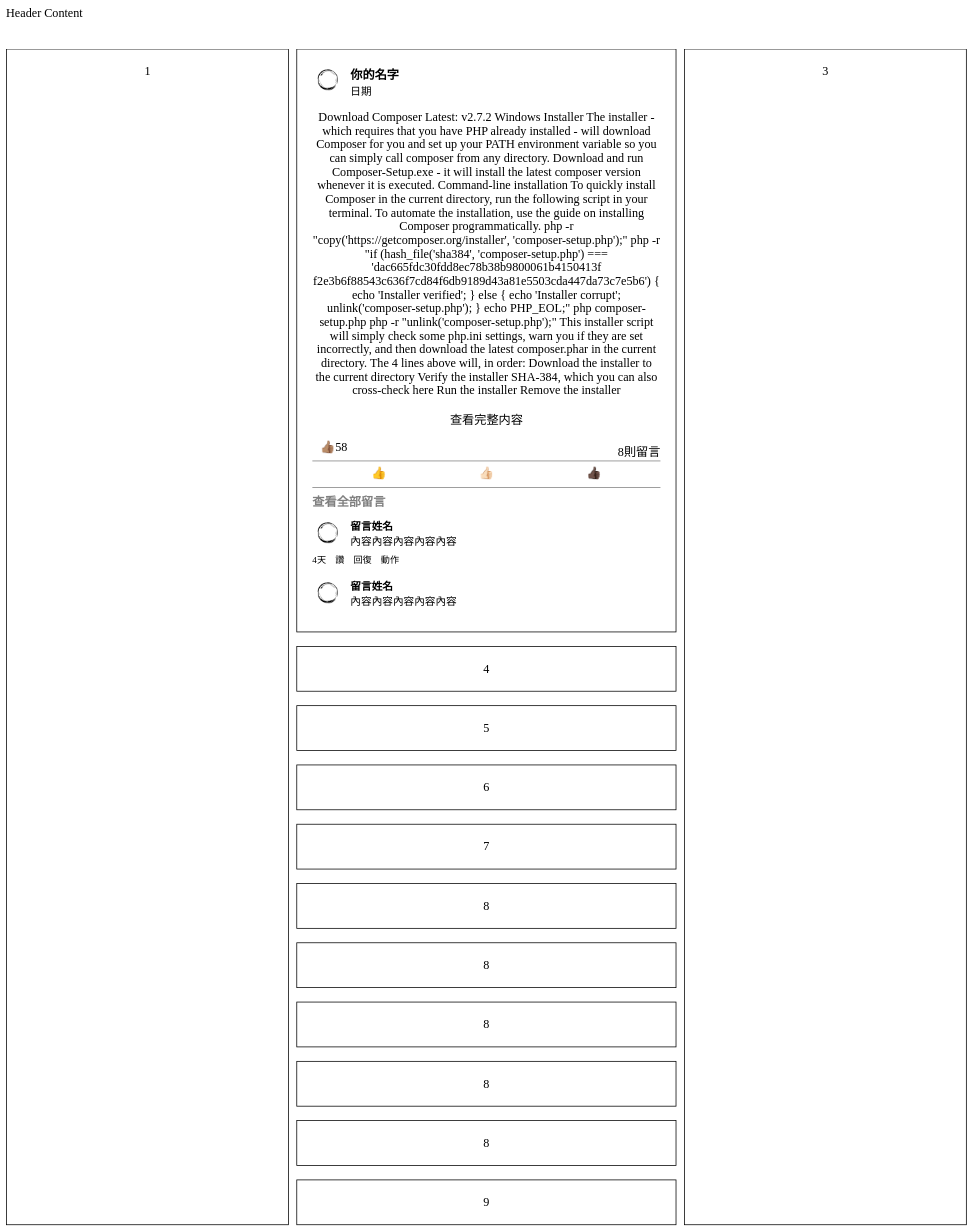
Repository: yuchiyang123/index_view
Page: http://localhost/
These files come from the project's save history. The page is drawn as it stood at one moment and after the next save; the edit follows.
The browser window is 1280 px wide. The pictures show the whole page, at 76% of full size.
The page is run by PHP 8.4 with error messages shown; the project is at /var/www/html/.

Above is the page before, as saved 2024-03-27 10:47:30.

### index.php
<style>
   .header {
    position: sticky;
    top: 0;
    z-index: 9996;
    grid-area: header;
    background-color: #ffffff;
    width: 100%;
    height: 56px;

}


.grid-container {

  display: grid;
  grid-template-columns: auto 500px auto;
  grid-template-rows:auto;
  grid-gap: 10px;
  display: grid;
  grid-template-areas:
    "A B C";

}

.grid-item {
  border: 1px solid #000;
  padding: 20px;
  text-align: center;

}
.first{
    grid-area: A;
    min-height: 800px;
}
.end{
    grid-area: C;
}
.mid{
    grid-area: B;
}
.limt{
    min-height: 350px;
}
.inner-grid {
    display: inline-grid;
    width: 30%;
    transition: background-color 0.3s;
    padding-top: 5px;
    padding-bottom: 10px;
    text-align: center;
}
.inner-grid:hover {
    background-color: rgba(128, 128, 128, 0.4);
}
.line{
    border-top: 1px solid gray;
    border-bottom: 1px solid gray;
}
.respond{

    padding-bottom: 8px;
    text-align: left;
    padding-left:10px;
}
.respond > div {
    display: inline-block;
}
.message{
    text-align: right;
}
.respond, .message {
    display: inline-block;
}
.container {
    display: flex;
    justify-content: space-between;
    align-items: center;
}

.popup {
    display: none;
    position: fixed;
    top: 50%;
    left: 50%;
    transform: translate(-50%, -50%);
    width: 500px;
    padding: 20px;
    background-color: #fff;
    z-index: 9998;

}

.trigger a {
    cursor: pointer;
}

.blur-background {
    filter: blur(0px);
}
.box{

}
.imgsize{
    width: 40px;
    height: auto;

}

.image-container {
    float: left;
    margin-right: 10px;
}

.text-container {
    overflow: hidden;
}
.user{

    text-align: left;
    font-weight: bold;

}
.date{
    font-size: 14px;
    text-align: left;
}
a{
    text-decoration: none;
    color: black;
}
.overlay {
    display: none;
    position: fixed;
    top: 0;
    left: 0;
    width: 100%;
    height: 100%;
    background-color: rgba(0, 0, 0, 0.5);
    z-index: 9997;
  }
  .SeeAllMessage{
    padding-top: 5px;
    text-align: left;
  }
  .SeeAllMessage a{
    text-align: left;
    color: gray;
    font-weight: bold;
  }
  .LeaveMessage{
    margin-top: 10px;
    padding-bottom : 5px;
  }

  .LeaveMessageall{
    border-radius: 5px;
    display: block;

  }
  .LeaveMessageUsernameIMG{
    width: 40px;
    height: auto;
    background-color:#ffffff;
    padding-bottom: 6px;

  }
  .LeaveMessageimgdiv{
    float: left;
    margin-right: 10px;
    display: block;
  }
  .LeaveMessageUsername{
    text-align: left;
    font-size: 14px;
    font-weight: bold;
  }
  .LeaveMessageMain{
    text-align: left;
    font-size: 14px;
    padding-bottom: 6px;

  }
  .LeaveMessageAction{
    font-size: 12px;
    text-align: left;
  }
</style>
<html>
<body>
<?php
    include('header.php');
?>
  <div id="box" class="box">
    <div class="grid-container">

      <div class="grid-item"><div class="first">1</div></div>

        <div class="mid">
          <div class="grid-item">
            <div class="limt">
            <div class="image-container">
                <img src="img/2-1.png" class="imgsize">
                        </div>
                <div class="text-container">
                    <div class="user"><a href="#"><div><a href="#">你的名字</a></div></a></div>
                    <div class="date"><div><a href="#">日期</a></div></div>
                </div>
                <div class="clearfix"></div>
                <p class="main">
                Download Composer Latest: v2.7.2
                    Windows Installer
                    The installer - which requires that you have PHP already installed - will download Composer for you and set up your PATH environment variable so you can simply call composer from any directory.

                    Download and run Composer-Setup.exe - it will install the latest composer version whenever it is executed.

                    Command-line installation
                    To quickly install Composer in the current directory, run the following script in your terminal. To automate the installation, use the guide on installing Composer programmatically.

                    php -r "copy('https://getcomposer.org/installer', 'composer-setup.php');"
                    php -r "if (hash_file('sha384', 'composer-setup.php') === 'dac665fdc30fdd8ec78b38b9800061b4150413f
                    f2e3b6f88543c636f7cd84f6db9189d43a81e5503cda447da73c7e5b6') { echo 'Installer verified'; } else { echo 'Installer corrupt'; unlink('composer-setup.php'); } echo PHP_EOL;"
                    php composer-setup.php
                    php -r "unlink('composer-setup.php');"
                    This installer script will simply check some php.ini settings, warn you if they are set incorrectly, and then download the latest composer.phar in the current directory. The 4 lines above will, in order:

                    Download the installer to the current directory
                    Verify the installer SHA-384, which you can also cross-check here
                    Run the installer
                    Remove the installer<div class="trigger"><a href="#">查看完整内容</a></div>
                </p>
                <div class="container">
                    <div class="respond"><a href="#">👍🏽</a><div><a href="#">58</a></div></div>
                    <div class="message"><div><a href="#">8則留言</a></div></div>
                </div>
                <div class="line">
                    <div class="inner-grid">👍</div>
                    <div class="inner-grid">👍🏻</div>
                    <div class="inner-grid">👍🏿</div>
                </div>
                <div class="SeeAllMessage"><a href="#">查看全部留言</a></div>
                <div class="LeaveMessage">
                    <div><a href="#"></a></div>
                    <div>
                        <div class="LeaveMessageimgdiv">
                            <img src="img/2-1.png" class="LeaveMessageUsernameIMG">
                        </div>
                        <div class="LeaveMessageall">
                            <div class="LeaveMessageUsername">
                                留言姓名
                            </div>
                            <div class="LeaveMessageMain">
                                內容內容內容內容內容
                            </div>
                            <div class="LeaveMessageAction">
                                <a href="#">4天</a>&emsp;<a href="#">讚</a>&emsp;<a href="#">回復</a>&emsp;<a href="#">動作</a>
                            </div>
                        </div>

                    </div>
                </div>
                <div class="LeaveMessage">
                    <div><a href="#"></a></div>
                    <div><div class="LeaveMessageimgdiv"><img src="img/2-1.png" class="LeaveMessageUsernameIMG"></div><div class="LeaveMessageUsername">留言姓名</div><div class="LeaveMessageMain">內容內容內容內容內容</div></div>
                </div>
            </div>
        </div><br>
          <div class="grid-item">4</div><br>
          <div class="grid-item">5</div><br>
          <div class="grid-item">6</div><br>
          <div class="grid-item">7</div><br>
          <div class="grid-item">8</div><br>
          <div class="grid-item">8</div><br>
          <div class="grid-item">8</div><br>
          <div class="grid-item">8</div><br>
          <div class="grid-item">8</div><br>
          <div class="grid-item">9</div>
          <div class="overlay" id="overlay"></div>
          <div id="popup" class="popup">
        <div class="content">
        <div class="image-container">
            <img src="img/2-1.png" class="imgsize">
        </div>
        <div class="text-container">
            <div class="user"><a href="#"><div><a href="#">你的名字</a></div></a></div>
            <div class="date"><div><a href="#">日期</a></div></div>
        </div>
        <div class="clearfix"></div>
            <p class="main">
                Download Composer Latest: v2.7.2
                    Windows Installer
                    The installer - which requires that you have PHP already installed - will download Composer for you and set up your PATH environment variable so you can simply call composer from any directory.

                    Download and run Composer-Setup.exe - it will install the latest composer version whenever it is executed.

                    Command-line installation
                    To quickly install Composer in the current directory, run the following script in your terminal. To automate the installation, use the guide on installing Composer programmatically.

                    php -r "copy('https://getcomposer.org/installer', 'composer-setup.php');"
                    php -r "if (hash_file('sha384', 'composer-setup.php') === 'dac665fdc30fdd8ec78b38b9800061b4150413f
                    f2e3b6f88543c636f7cd84f6db9189d43a81e5503cda447da73c7e5b6') { echo 'Installer verified'; } else { echo 'Installer corrupt'; unlink('composer-setup.php'); } echo PHP_EOL;"
                    php composer-setup.php
                    php -r "unlink('composer-setup.php');"
                    This installer script will simply check some php.ini settings, warn you if they are set incorrectly, and then download the latest composer.phar in the current directory. The 4 lines above will, in order:

                    Download the installer to the current directory
                    Verify the installer SHA-384, which you can also cross-check here
                    Run the installer
                    Remove the installer
            </p>
        <div class="container">
            <div class="respond"><a href="#">👍🏽</a><div><a href="#">58</a></div></div>
            <div class="message"><div><a href="#">8則留言</a></div></div>
        </div>
            <div class="line">
            <div class="inner-grid">👍</div>
            <div class="inner-grid">👍🏻</div>
            <div class="inner-grid">👍🏿</div>
        </div>
        </div>
            <!--div class="close"><a href="#">关闭</a></div-->
        </div>
        </div>

            <div class="grid-item"><div class="end">3</div></div>
        </div>
    </div>
  </div>
  <script>
    var overlay = document.getElementById('overlay');
    var trigger = document.querySelector('.trigger a');
    var popup = document.getElementById('popup');
    var header = document.querySelector('.header');
    trigger.addEventListener('click', function(event) {
        event.preventDefault();
        popup.style.display = 'block';
        header.style.backgroundColor = 'rgba(0, 0, 0, 0.000001)';
        overlay.style.display = 'block';
        popup.style.border = '1px solid gray';
        popup.style.boxShadow = '0px 0px 15px rgba(0, 0, 0, 0.7)';
        /*
        document.body.classList.add('blur-background');
        popup.style.filter = 'none';// 移除 body 元素的模糊效果*/
    });
    var closeBtn = document.querySelector('.close a');
    /*
    closeBtn.addEventListener('click', function(event) {
        event.preventDefault();
        popup.style.display = 'none';
        popup.style.boxShadow = 'none';
    });
    */
    overlay.addEventListener('click', function(event) {
        event.preventDefault();
        event.stopPropagation();
        popup.style.display = 'none';
        overlay.style.display = 'none' ;
        popup.style.boxShadow = 'none';
        header.style.backgroundColor = '#ffffff';
    });
  </script>
</body>
</html>

### header.php
<style>
   .header {
    position: sticky; /* 将标题栏固定在容器内 */
    top: 0; /* 将标题栏固定在容器的顶部 */
    z-index: 9999; /* 确保标题栏位于其他内容的上层 */
    /* 其他样式，例如背景颜色、文本样式等 */
    grid-area: header;
    background-color: #ffffff;
    width: 100%; /* 设置标题栏的宽度为100%，使其填满整个屏幕 */
    height: 56px;

}
</style>
<header class="header">Header Content</header>

After the next save:
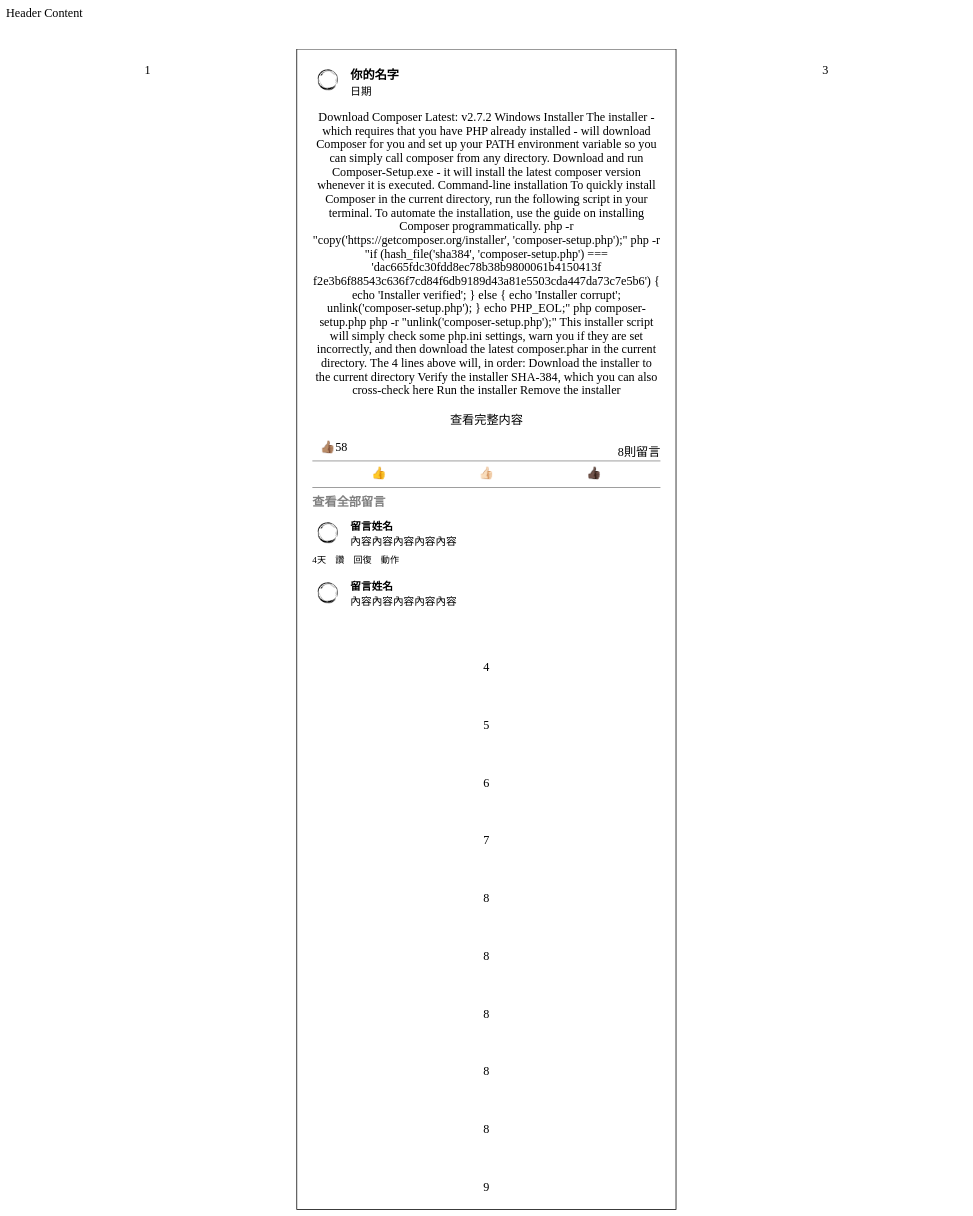
Saved 27 s later.
--- a/index.php
+++ b/index.php
@@ -24,7 +24,7 @@
 }
 
 .grid-item {
-  border: 1px solid #000;
+
   padding: 20px;
   text-align: center;
 
@@ -37,6 +37,7 @@
     grid-area: C;
 }
 .mid{
+    border: 1px solid #000;
     grid-area: B;
 }
 .limt{
